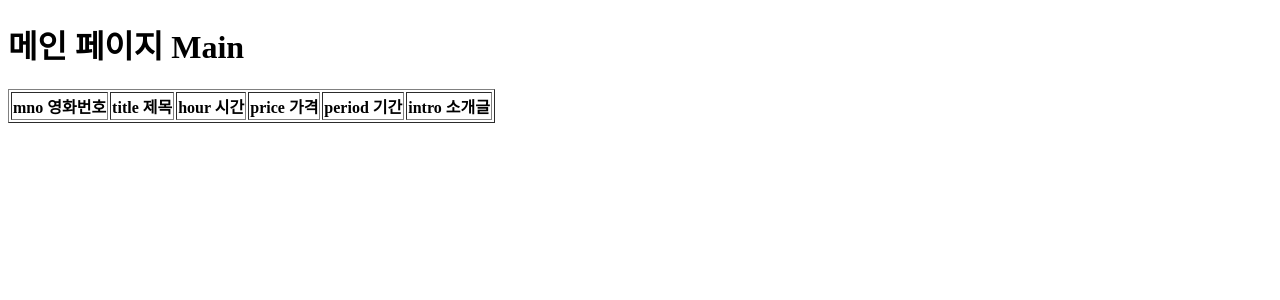
Repository: smallomg/bg-spring
Page: http://localhost/test3/WEB-INF/views/main.jsp
An editor plug-in stored every save of this project. The page is shown before and after the next save, followed by the edit.
The browser window is 1280 px wide. The pictures show the whole page.
The page is served by Tomcat 10. Nobody is signed in. Other server files are loaded and not shown. The template is opened directly, without the code that normally fills it, so the values that code supplies are empty.

Above is the page before, as saved 2025-05-13 06:39:50.

### ldy_spring/test3/src/main/webapp/WEB-INF/views/main.jsp
<%@ page language="java" contentType="text/html; charset=UTF-8"
	pageEncoding="UTF-8"%>
<%@ taglib prefix="c" uri="http://java.sun.com/jsp/jstl/core"%>
<!DOCTYPE html>
<html>
<head>
<meta charset="UTF-8">
<title>Insert title here</title>
</head>
<body>
	<h1>메인 페이지 Main</h1>

	<c:if test="${not empty sessionScope.admin}">
    관리자입니다

    <a href="admin_logout">로그아웃</a>
    <br>
    <a href="movieinsertForm">등록</a>

	</c:if>

	<c:if test="${not empty sessionScope.member}">
    회원입니다
     <a href="logout">로그아웃</a>
	</c:if>

	<table border="1">
		<thead>
			<tr>
				<th>mno 영화번호</th>
				<th>title 제목</th>
				<th>hour 시간</th>
				<th>price 가격</th>
				<th>period 기간</th>
				<th>intro 소개글</th>

			</tr>
		</thead>

		<tbody>
			<c:forEach var="m" items="${movies}" varStatus="status">
				<tr>
					<td>${m.mno}</td>
					<td>${m.title}</td>
					<td>${m.hour}분</td>
					<td>${m.price}원</td>
					<td>${m.period}</td>
					<td>${m.intro}</td>
				</tr>
			</c:forEach>
		</tbody>
	</table>


</body>
</html>

After the next save:
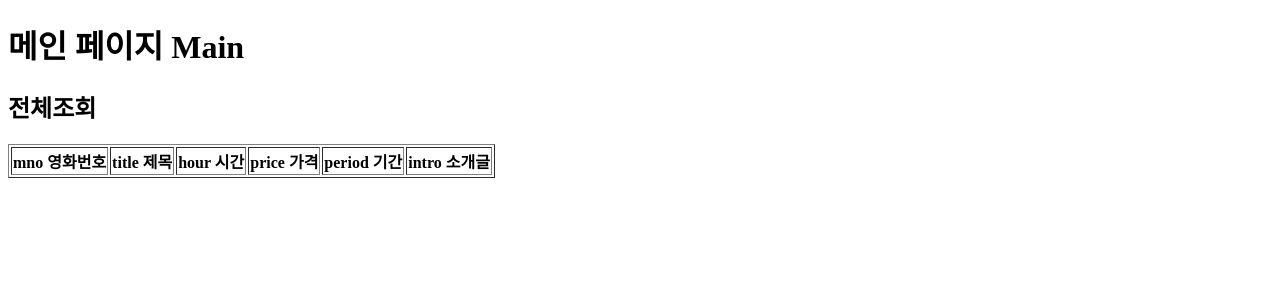
Saved 26 s later.
--- a/ldy_spring/test3/src/main/webapp/WEB-INF/views/main.jsp
+++ b/ldy_spring/test3/src/main/webapp/WEB-INF/views/main.jsp
@@ -24,6 +24,7 @@
      <a href="logout">로그아웃</a>
 	</c:if>
 
+	<h2>전체조회</h2>
 	<table border="1">
 		<thead>
 			<tr>
